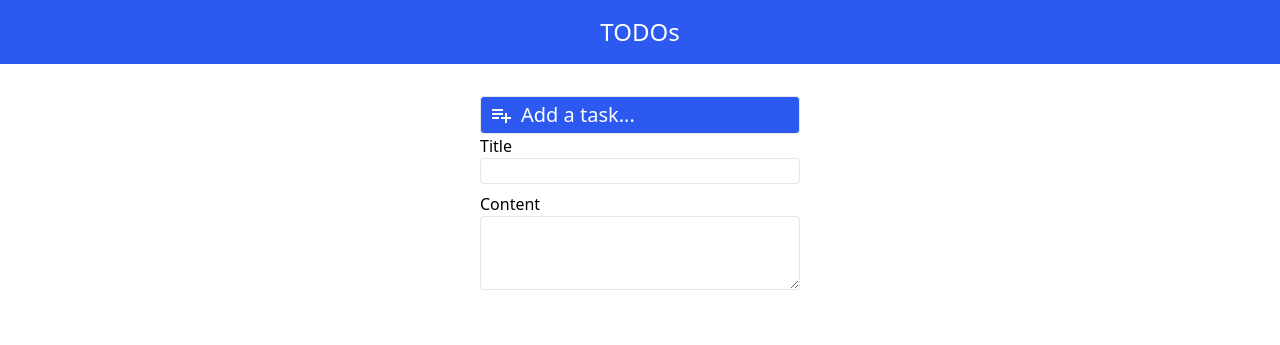
Repository: Jay-JYKim91/wanted-pre-onboarding-challenge-fe-1
Page: /
These files come from the project's save history. The page is drawn as it stood at one moment and after the next save; the edit follows.
The browser window is 1280 px wide. The pictures show the whole page.
The page's requests for data from a server got no answer. The project was rebuilt for these pictures with package versions that can differ from the ones it lists, and the page was loaded fresh each time. No one was signed in, and anything a server would have sent is missing. Also part of the build but not shown: src/page/Auth.tsx.

Above is the page before, as saved 2022-08-01 22:50:02.

### src/index.tsx
import React from "react"
import ReactDOM from "react-dom/client"
import "./index.css"
import App from "./App"
import { BrowserRouter } from "react-router-dom"

const root = ReactDOM.createRoot(document.getElementById("root") as HTMLElement)
root.render(
  <React.StrictMode>
    <BrowserRouter>
      <App />
    </BrowserRouter>
  </React.StrictMode>
)

### src/App.tsx
import React, { useEffect, useState } from "react"
import { Route, Routes, useNavigate } from "react-router-dom"
import Auth from "./page/Auth"
import Main from "./page/Main"

// type UserToken = {
//   userToken: string | null
// }

function App() {
  const navigate = useNavigate()
  const userToken = window.localStorage.getItem("userToken")
  const [todos, setTodos] = useState([])

  useEffect(() => {
    if (userToken === "") {
      window.alert("Please login first.")
      navigate("/auth")
    } else {
      const headers = {
        Authorization: userToken,
      }
      fetch("http://localhost:8080/todos")
        .then((response) => response.json())
        .then((res) => {
          console.log(res)
        })
    }
  }, [])

  return (
    <div className="App">
      <header className="bg-primary-900 text-white text-center py-4 text-2xl">
        <span>TODOs</span>
      </header>
      <Routes>
        <Route path="/" element={<Main todos={todos} />} />
        <Route path="/auth" element={<Auth />} />
      </Routes>
    </div>
  )
}

export default App

### src/page/Main.tsx
import React, { useState } from "react"
import { MdPlaylistAdd } from "react-icons/md"

type Props = {
  todos: []
}

function Main<Props>({ todos }) {
  console.log(todos)
  const [titleInput, setTitleInput] = useState("")
  const [contentInput, setContentInput] = useState("")

  return (
    <div className="max-w-xs mx-auto my-8">
      <button
        type="button"
        className="flex items-center border rounded bg-primary-900 text-white px-2 py-1 w-full"
      >
        <MdPlaylistAdd className="mr-2 text-2xl" />
        <span className="text-xl">Add a task...</span>
      </button>
      <form>
        <div className="flex flex-col mb-2">
          <label htmlFor="titleInput">Title</label>
          <input
            type="text"
            id="titleInput"
            required
            onChange={(event) => setTitleInput(event.target.value)}
            className="border rounded"
          />
        </div>
        <div className="flex flex-col mb-2">
          <label htmlFor="contentInput">Content</label>
          <textarea
            name="contentInput"
            id="contentInput"
            cols={30}
            rows={3}
            onChange={(event) => setContentInput(event.target.value)}
            className="border rounded"
          ></textarea>
        </div>
      </form>
    </div>
  )
}

export default Main

### tailwind.config.js
/** @type {import('tailwindcss').Config} */
module.exports = {
  content: [
    "./src/**/*.{js,jsx,ts,tsx}",
  ],
  theme: {
    extend: {
      colors: {
        'primary': {
          100: '#47dfbc',
          500: '#428afe',
          900: '#2c5af1',
        }
      },
    },
  },
  plugins: [],
}

Loaded but not shown: public/index.html (common file); src/index.css (common file)

After the next save:
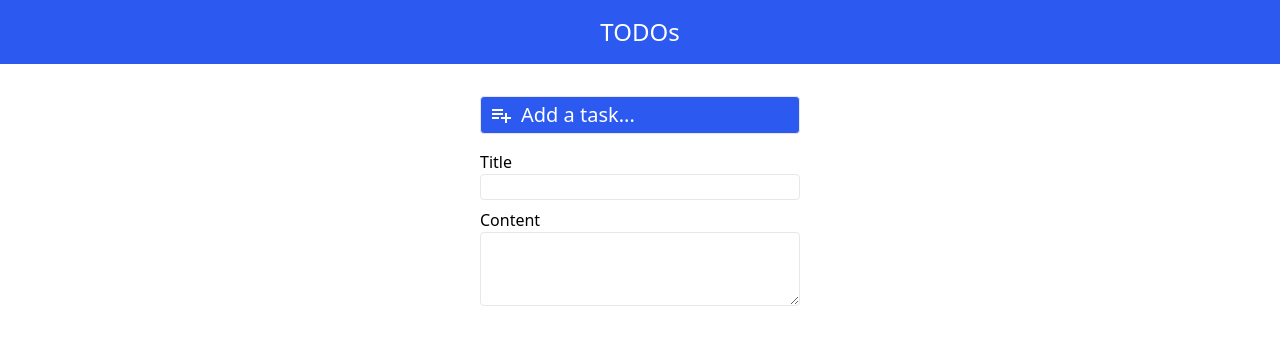
Saved 11 s later.
--- a/src/page/Main.tsx
+++ b/src/page/Main.tsx
@@ -19,7 +19,7 @@ function Main<Props>({ todos }) {
         <MdPlaylistAdd className="mr-2 text-2xl" />
         <span className="text-xl">Add a task...</span>
       </button>
-      <form>
+      <form className="my-4">
         <div className="flex flex-col mb-2">
           <label htmlFor="titleInput">Title</label>
           <input
